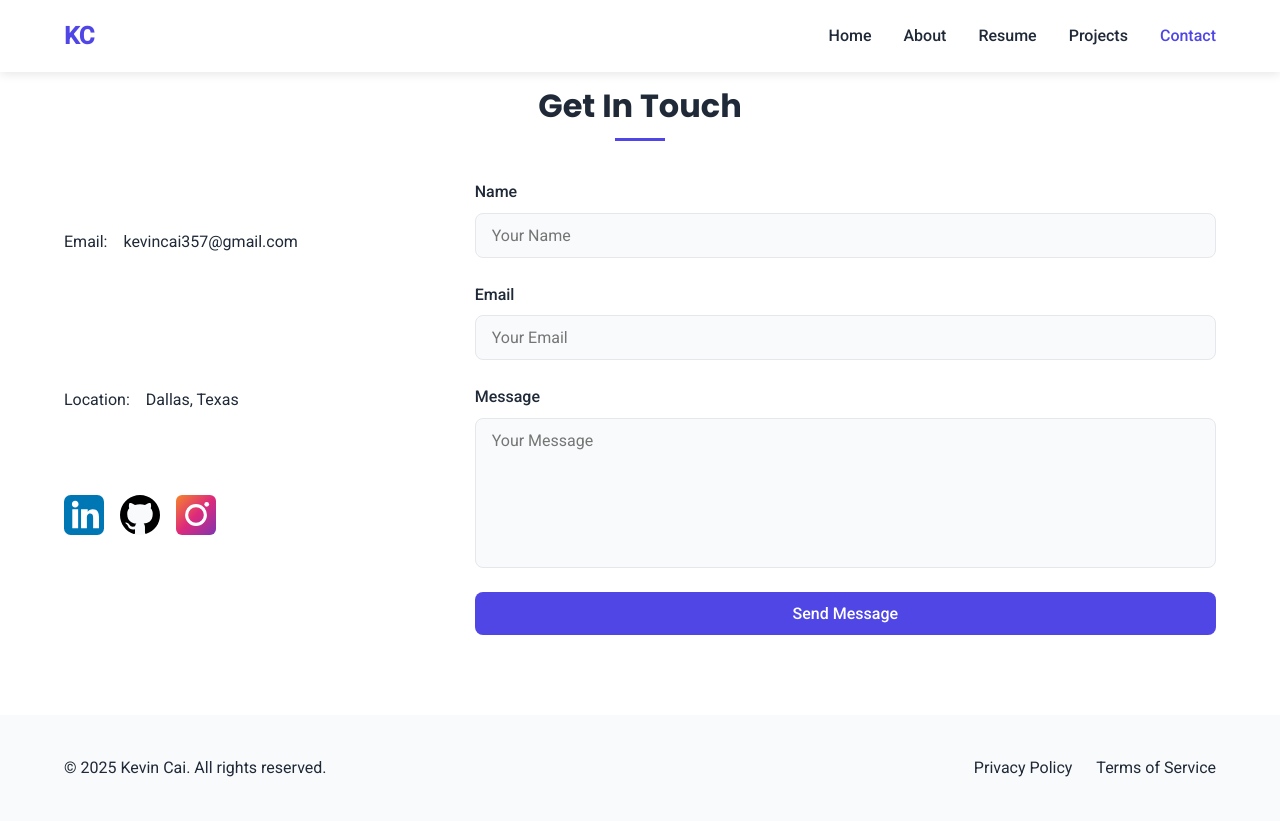
Repository: itskevbo/E-Portfolio
Page: pages/contact.html
An editor plug-in stored every save of this project. The page is shown before and after the next save, followed by the edit.
The browser window is 1280 px wide. The pictures show the whole page.

Above is the page before, as saved 2025-04-22 22:48:52.

### pages/contact.html
<!DOCTYPE html>
<html lang="en">
<head>
    <meta charset="UTF-8">
    <meta name="viewport" content="width=device-width, initial-scale=1.0">
    <title>Kevin Cai | Contact</title>
    <meta name="description" content="Get in touch with Kevin Cai">

    <!-- Favicon -->
    <link rel="icon" href="../assets/images/favicon.ico">

    <!-- CSS -->
    <link rel="stylesheet" href="../styles/main.css">

    <!-- Google Fonts -->
    <link rel="preconnect" href="https://fonts.googleapis.com">
    <link rel="preconnect" href="https://fonts.gstatic.com" crossorigin>
    <link href="https://fonts.googleapis.com/css2?family=Poppins:wght@300;400;500;700&family=Roboto:wght@400;500&display=swap" rel="stylesheet">
</head>
<body>
    <!-- Header Component -->
    <header class="header" id="header">
        <div class="container">
            <div class="header__logo">
                <a href="../index.html" class="logo">KC</a>
            </div>

            <nav class="header__nav" id="nav-menu">
                <ul class="header__nav-list">
                    <li class="header__nav-item"><a href="../index.html" class="header__nav-link">Home</a></li>
                    <li class="header__nav-item"><a href="about.html" class="header__nav-link">About</a></li>
                    <li class="header__nav-item"><a href="resume.html" class="header__nav-link">Resume</a></li>
                    <li class="header__nav-item"><a href="projects.html" class="header__nav-link">Projects</a></li>
                    <li class="header__nav-item"><a href="contact.html" class="header__nav-link active">Contact</a></li>
                </ul>

                <div class="header__nav-toggle" id="nav-toggle">
                    <span></span>
                    <span></span>
                    <span></span>
                </div>
            </nav>
        </div>
    </header>

    <main>
        <!-- Contact Section Component -->
        <section class="contact section" id="contact">
            <div class="container">
                <h2 class="section__title">Get In Touch</h2>
                <div class="contact__content">
                    <div class="contact__info">
                        <div class="contact__info-item">
                            <span class="icon">Email:</span>
                            <a href="mailto:kevincai357@gmail.com">kevincai357@gmail.com</a>
                        </div>
                        <div class="contact__info-item">
                            <span class="icon">Location:</span>
                            <span>Dallas, Texas</span>
                        </div>
                        <div class="contact__social">
                            <a href="https://www.linkedin.com/in/kevincai357/" class="contact__social-link" target="_blank">
                                <img src="../assets/icons/linkedin.svg" alt="LinkedIn" class="contact__social-icon">
                            </a>
                            <a href="https://github.com/itskevbo" class="contact__social-link" target="_blank">
                                <img src="../assets/icons/github.svg" alt="GitHub" class="contact__social-icon">
                            </a>
                            <a href="#" class="contact__social-link" target="_blank">
                                <img src="../assets/icons/instagram.svg" alt="Instagram" class="contact__social-icon">
                            </a>
                        </div>
                    </div>
                    <form class="contact__form" id="contact-form">
                        <div class="form-group">
                            <label for="name">Name</label>
                            <input type="text" id="name" name="name" placeholder="Your Name" required>
                        </div>
                        <div class="form-group">
                            <label for="email">Email</label>
                            <input type="email" id="email" name="email" placeholder="Your Email" required>
                        </div>
                        <div class="form-group">
                            <label for="message">Message</label>
                            <textarea id="message" name="message" placeholder="Your Message" required></textarea>
                        </div>
                        <button type="submit" class="btn btn-primary">Send Message</button>
                    </form>
                </div>
            </div>
        </section>
    </main>

    <!-- Footer Component -->
    <footer class="footer">
        <div class="container">
            <div class="footer__content">
                <p>&copy; 2025 Kevin Cai. All rights reserved.</p>
                <div class="footer__links">
                    <a href="#" class="footer__link">Privacy Policy</a>
                    <a href="#" class="footer__link">Terms of Service</a>
                </div>
            </div>
        </div>
    </footer>

    <!-- JS -->
    <script src="../scripts/main.js"></script>
</body>
</html>

### styles/main.css
/*=============== VARIABLES ===============*/
:root {
    /* Colors */
    --primary-color: #4f46e5;
    --primary-color-alt: #2f24a5;
    --secondary-color: #3b82f6;
    --accent-color: #8b5cf6;
    --text-color: #1f2937;
    --text-color-light: #6b7280;
    --body-color: #ffffff;
    --container-color: #f9fafb;
    --border-color: #e5e7eb;
    --success-color: #10b981;
    --error-color: #ef4444;

    /* Typography */
    --body-font: 'Roboto', sans-serif;
    --heading-font: 'Poppins', sans-serif;
    --h1-font-size: 2.5rem;
    --h2-font-size: 2rem;
    --h3-font-size: 1.5rem;
    --normal-font-size: 1rem;
    --small-font-size: 0.875rem;
    --smaller-font-size: 0.75rem;

    /* Font weights */
    --font-light: 300;
    --font-regular: 400;
    --font-medium: 500;
    --font-bold: 700;

    /* Z-index */
    --z-tooltip: 10;
    --z-fixed: 100;

    /* Transitions */
    --transition: all 0.3s ease;
}

/*=============== BASE ===============*/
* {
    margin: 0;
    padding: 0;
    box-sizing: border-box;
}

html {
    scroll-behavior: smooth;
}

body {
    font-family: var(--body-font);
    font-size: var(--normal-font-size);
    color: var(--text-color);
    background-color: var(--body-color);
    line-height: 1.6;
}

h1, h2, h3 {
    font-family: var(--heading-font);
    font-weight: var(--font-bold);
    color: var(--text-color);
}

ul {
    list-style: none;
}

a {
    text-decoration: none;
    color: var(--text-color);
    transition: var(--transition);
}

a:hover {
    color: var(--primary-color);
}

img {
    max-width: 100%;
    height: auto;
}

button,
input,
textarea {
    font-family: var(--body-font);
    font-size: var(--normal-font-size);
    outline: none;
    border: none;
}

button {
    cursor: pointer;
    background: none;
}

/*=============== REUSABLE CLASSES ===============*/
.container {
    max-width: 1200px;
    margin: 0 auto;
    padding: 0 1.5rem;
}

.section {
    padding: 5rem 0;
}

.section__title {
    font-size: var(--h2-font-size);
    text-align: center;
    margin-bottom: 3rem;
    position: relative;
}

.section__title::after {
    content: '';
    position: absolute;
    width: 50px;
    height: 3px;
    background-color: var(--primary-color);
    bottom: -10px;
    left: 50%;
    transform: translateX(-50%);
}

.highlight {
    color: var(--primary-color);
}

.grid {
    display: grid;
    gap: 1.5rem;
}

/*=============== BUTTONS ===============*/
.btn {
    display: inline-flex;
    align-items: center;
    justify-content: center;
    padding: 0.75rem 1.5rem;
    border-radius: 0.5rem;
    font-weight: var(--font-medium);
    transition: var(--transition);
}

.btn-primary {
    background-color: var(--primary-color);
    color: white;
}

.btn-primary:hover {
    background-color: var(--primary-color-alt);
    color: white;
}

.btn-outline {
    border: 2px solid var(--primary-color);
    color: var(--primary-color);
}

.btn-outline:hover {
    background-color: var(--primary-color);
    color: white;
}

/*=============== HEADER & NAV ===============*/
.header {
    position: fixed;
    top: 0;
    left: 0;
    width: 100%;
    background-color: var(--body-color);
    box-shadow: 0 2px 10px rgba(0, 0, 0, 0.1);
    z-index: var(--z-fixed);
}

.header .container {
    display: flex;
    align-items: center;
    justify-content: space-between;
    height: 4.5rem;
}

.header__logo .logo {
    font-size: 1.5rem;
    font-weight: var(--font-bold);
    color: var(--primary-color);
}

.header__nav {
    display: flex;
    align-items: center;
}

.header__nav-list {
    display: flex;
    gap: 2rem;
}

.header__nav-link {
    font-weight: var(--font-medium);
}

.header__nav-link.active {
    color: var(--primary-color);
}

.header__nav-toggle {
    display: none;
    flex-direction: column;
    gap: 5px;
    cursor: pointer;
}

.header__nav-toggle span {
    width: 25px;
    height: 2px;
    background-color: var(--text-color);
    transition: var(--transition);
}

/*=============== HERO ===============*/
.hero {
    min-height: 100vh;
    display: flex;
    align-items: center;
    padding-top: 4.5rem;
}

.hero .container {
    display: grid;
    grid-template-columns: 1fr 1fr;
    align-items: center;
    gap: 2.5rem;
}

.hero__title {
    font-size: var(--h1-font-size);
    margin-bottom: 1rem;
}

.hero__subtitle {
    font-size: var(--h3-font-size);
    color: var(--primary-color);
    margin-bottom: 1.5rem;
}

.hero__description {
    margin-bottom: 2rem;
    max-width: 400px;
}

.hero__actions {
    display: flex;
    gap: 1rem;
}

.hero__image-placeholder {
    background-color: var(--border-color);
    border-radius: 1rem;
    height: 400px;
    width: 100%;
}

/*=============== ABOUT ===============*/
.about__content {
    display: grid;
    grid-template-columns: 1fr 1fr;
    gap: 2.5rem;
    align-items: center;
}

.about__text p {
    margin-bottom: 1.5rem;
}

.about__image-placeholder {
    background-color: var(--border-color);
    border-radius: 1rem;
    height: 400px;
    width: 100%;
}

/*=============== PROJECTS ===============*/
.projects__filter {
    display: flex;
    justify-content: center;
    flex-wrap: wrap;
    gap: 1rem;
    margin-bottom: 2rem;
}

.projects__filter-btn {
    padding: 0.5rem 1.5rem;
    border-radius: 0.5rem;
    color: var(--text-color);
    font-weight: var(--font-medium);
    transition: var(--transition);
}

.projects__filter-btn:hover,
.projects__filter-btn.active {
    background-color: var(--primary-color);
    color: white;
}

.projects__grid {
    display: grid;
    grid-template-columns: repeat(auto-fill, minmax(280px, 1fr));
    gap: 2rem;
}

.project-card {
    background-color: var(--container-color);
    border-radius: 1rem;
    overflow: hidden;
    box-shadow: 0 4px 15px rgba(0, 0, 0, 0.1);
    transition: var(--transition);
}

.project-card:hover {
    transform: translateY(-10px);
    box-shadow: 0 10px 25px rgba(0, 0, 0, 0.2);
}

.project-card__image-placeholder {
    background-color: var(--border-color);
    height: 200px;
    width: 100%;
}

.project-card__content {
    padding: 1.5rem;
}

.project-card__title {
    margin-bottom: 0.75rem;
}

.project-card__description {
    color: var(--text-color-light);
    margin-bottom: 1rem;
}

.project-card__tags {
    display: flex;
    flex-wrap: wrap;
    gap: 0.5rem;
    margin-bottom: 1rem;
}

.tag {
    background-color: rgba(79, 70, 229, 0.1);
    color: var(--primary-color);
    padding: 0.25rem 0.75rem;
    border-radius: 0.5rem;
    font-size: var(--small-font-size);
}

.project-card__links {
    display: flex;
    gap: 1rem;
}

.project-card__link {
    color: var(--text-color-light);
}

.project-card__link:hover {
    color: var(--primary-color);
}

/*=============== SKILLS ===============*/
.skills__content {
    display: grid;
    grid-template-columns: repeat(auto-fit, minmax(300px, 1fr));
    gap: 2rem;
}

.skills__category-title {
    margin-bottom: 1.5rem;
    position: relative;
    display: inline-block;
    padding-left: 1rem;
}

.skills__category-title::before {
    content: '';
    position: absolute;
    width: 3px;
    height: 100%;
    background-color: var(--primary-color);
    left: 0;
    top: 0;
}

.skills__list {
    display: grid;
    gap: 1rem;
}

.skill-item {
    display: grid;
    gap: 0.5rem;
}

.skill-item__name {
    display: flex;
    justify-content: space-between;
}

.skill-item__bar {
    width: 100%;
    height: 8px;
    background-color: var(--border-color);
    border-radius: 1rem;
    overflow: hidden;
}

.skill-item__progress {
    height: 100%;
    background-color: var(--primary-color);
    border-radius: 1rem;
}

/*=============== CONTACT ===============*/
.contact__content {
    display: grid;
    grid-template-columns: 1fr 2fr;
    gap: 2.5rem;
}

.contact__info {
    display: grid;
    gap: 2rem;
}

.contact__info-item {
    display: flex;
    align-items: center;
    gap: 1rem;
}

.contact__social {
    display: flex;
    gap: 1rem;
}

.contact__social-link {
    display: flex;
    align-items: center;
    justify-content: center;
    width: 40px;
    height: 40px;
    border-radius: 50%;
    background-color: var(--container-color);
    color: var(--text-color);
    transition: var(--transition);
}

.contact__social-link:hover {
    background-color: var(--primary-color);
    color: white;
}

.contact__form {
    display: grid;
    gap: 1.5rem;
}

.form-group {
    display: grid;
    gap: 0.5rem;
}

.form-group label {
    font-weight: var(--font-medium);
}

.form-group input,
.form-group textarea {
    width: 100%;
    padding: 0.75rem 1rem;
    border: 1px solid var(--border-color);
    border-radius: 0.5rem;
    background-color: var(--container-color);
    transition: var(--transition);
}

.form-group input:focus,
.form-group textarea:focus {
    border-color: var(--primary-color);
}

.form-group textarea {
    height: 150px;
    resize: none;
}

/*=============== FOOTER ===============*/
.footer {
    background-color: var(--container-color);
    padding: 2.5rem 0;
}

.footer__content {
    display: flex;
    justify-content: space-between;
    align-items: center;
}

.footer__links {
    display: flex;
    gap: 1.5rem;
}

/*=============== MEDIA QUERIES ===============*/
/* For medium devices */
@media screen and (max-width: 968px) {
    :root {
        --h1-font-size: 2.25rem;
        --h2-font-size: 1.75rem;
        --h3-font-size: 1.25rem;
    }

    .hero .container,
    .about__content {
        grid-template-columns: 1fr;
    }

    .hero__image {
        grid-row: 1;
    }

    .contact__content {
        grid-template-columns: 1fr;
    }
}

/* For small devices */
@media screen and (max-width: 768px) {
    .header__nav-list {
        position: fixed;
        top: 4.5rem;
        right: -100%;
        background-color: var(--body-color);
        width: 80%;
        height: 100vh;
        flex-direction: column;
        align-items: center;
        justify-content: center;
        padding: 3rem 0;
        box-shadow: -5px 0 15px rgba(0, 0, 0, 0.1);
        transition: var(--transition);
    }

    .header__nav-list.show-menu {
        right: 0;
    }

    .header__nav-toggle {
        display: flex;
    }

    .header__nav-toggle.active span:nth-child(1) {
        transform: rotate(45deg) translate(5px, 5px);
    }

    .header__nav-toggle.active span:nth-child(2) {
        opacity: 0;
    }

    .header__nav-toggle.active span:nth-child(3) {
        transform: rotate(-45deg) translate(5px, -5px);
    }

    .footer__content {
        flex-direction: column;
        gap: 1rem;
    }
}

/* For smaller devices */
@media screen and (max-width: 350px) {
    :root {
        --h1-font-size: 2rem;
        --h2-font-size: 1.5rem;
        --h3-font-size: 1.25rem;
    }

    .container {
        padding: 0 1rem;
    }

    .hero__actions {
        flex-direction: column;
        width: 100%;
    }

    .hero__actions .btn {
        width: 100%;
        text-align: center;
    }

    .projects__filter {
        flex-direction: column;
        width: 100%;
    }
}

Loaded but not shown: assets/icons/github.svg (3 lines, source omitted); assets/icons/instagram.svg (10 lines, source omitted); assets/icons/linkedin.svg (4 lines, source omitted); scripts/main.js (180 lines, source omitted)

After the next save:
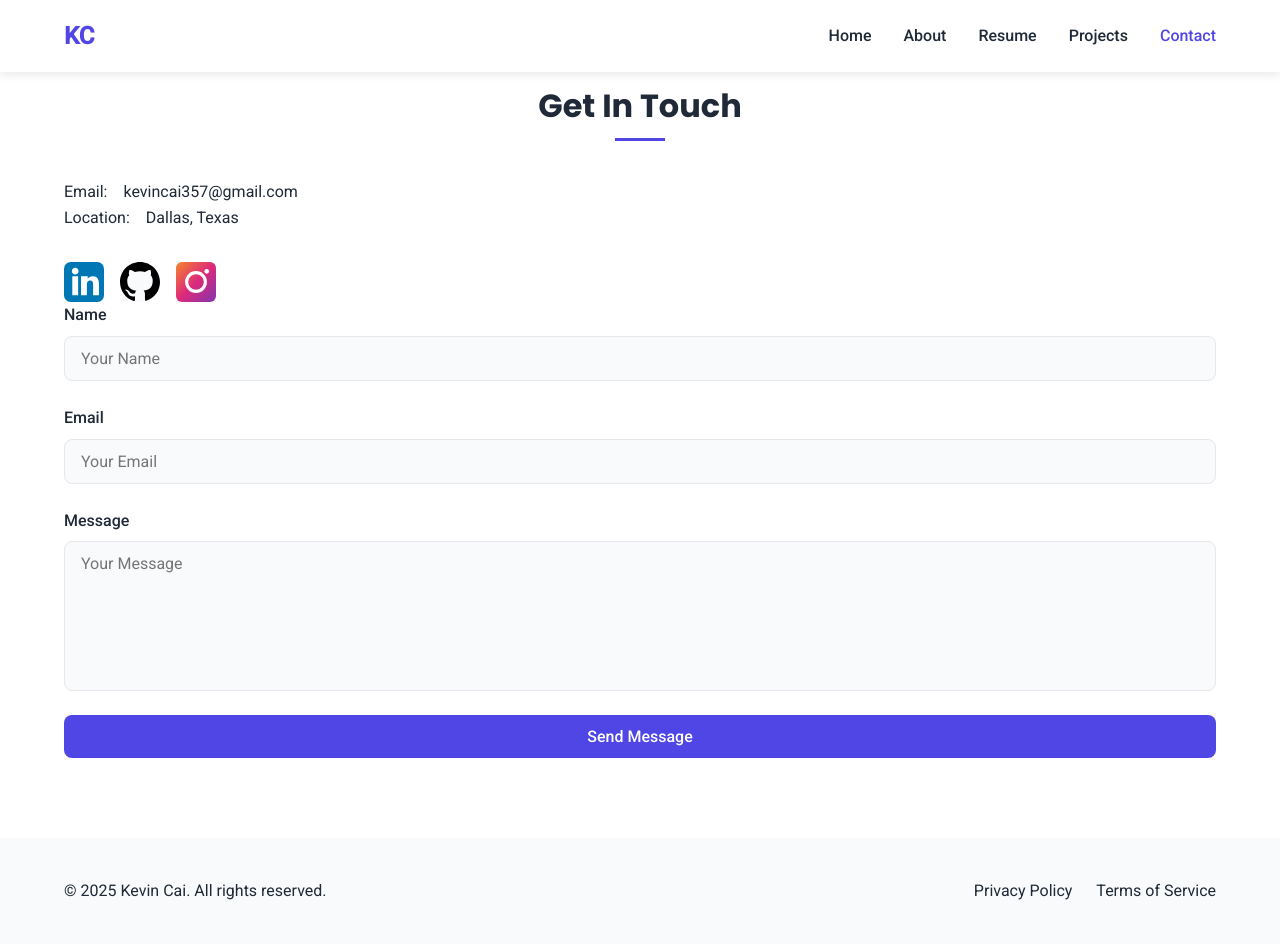
Saved 4 min 1 s later.
--- a/pages/contact.html
+++ b/pages/contact.html
@@ -50,13 +50,15 @@
                 <h2 class="section__title">Get In Touch</h2>
                 <div class="contact__content">
                     <div class="contact__info">
-                        <div class="contact__info-item">
-                            <span class="icon">Email:</span>
-                            <a href="mailto:kevincai357@gmail.com">kevincai357@gmail.com</a>
-                        </div>
-                        <div class="contact__info-item">
-                            <span class="icon">Location:</span>
-                            <span>Dallas, Texas</span>
+                        <div class="contact__info-top">
+                            <div class="contact__info-item">
+                                <span class="icon">Email:</span>
+                                <a href="mailto:kevincai357@gmail.com">kevincai357@gmail.com</a>
+                            </div>
+                            <div class="contact__info-item">
+                                <span class="icon">Location:</span>
+                                <span>Dallas, Texas</span>
+                            </div>
                         </div>
                         <div class="contact__social">
                             <a href="https://www.linkedin.com/in/kevincai357/" class="contact__social-link" target="_blank">
@@ -69,6 +71,7 @@
                                 <img src="../assets/icons/instagram.svg" alt="Instagram" class="contact__social-icon">
                             </a>
                         </div>
+                    </div>
                     </div>
                     <form class="contact__form" id="contact-form">
                         <div class="form-group">

After the 3 saves that followed:
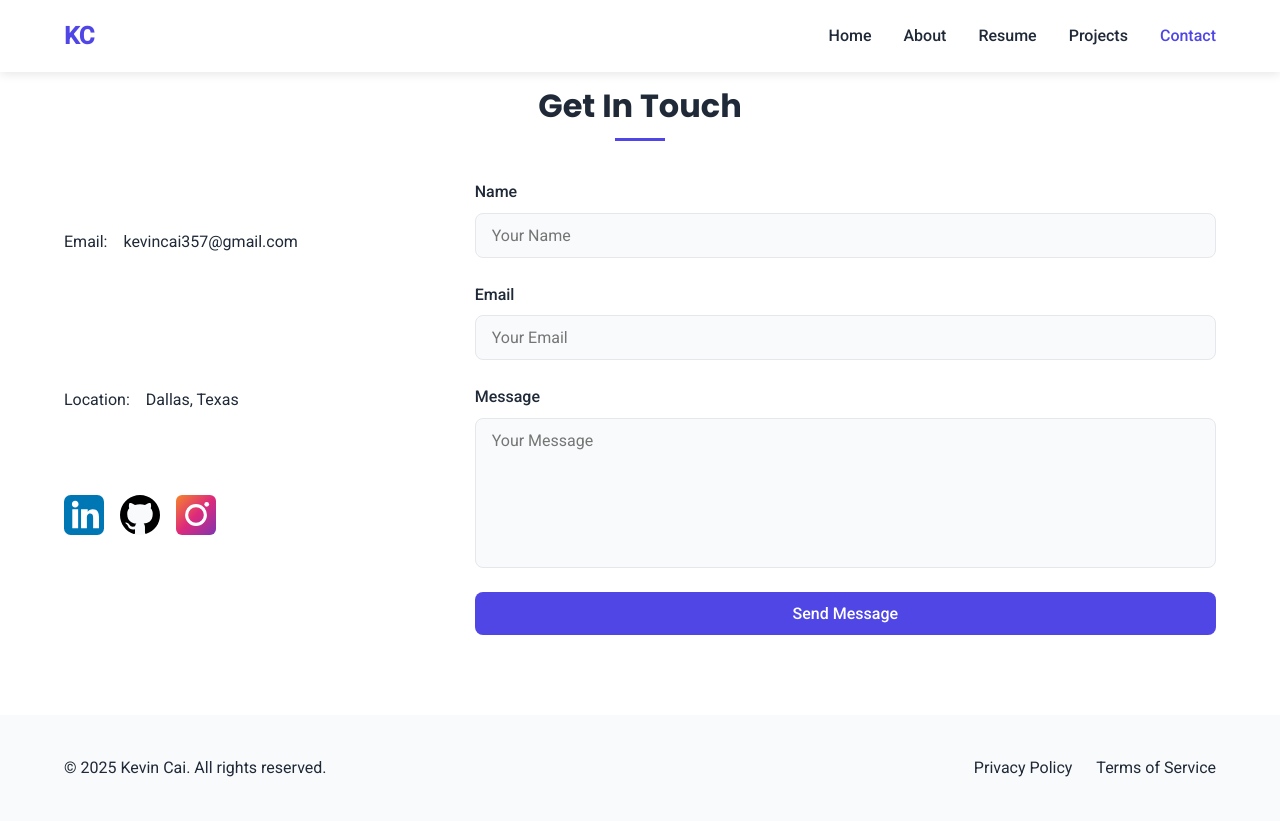
The 3 saves are shown as one change because 1 left the picture as it was and some came seconds apart.
The last was saved 19 s later.
--- a/pages/contact.html
+++ b/pages/contact.html
@@ -50,15 +50,13 @@
                 <h2 class="section__title">Get In Touch</h2>
                 <div class="contact__content">
                     <div class="contact__info">
-                        <div class="contact__info-top">
-                            <div class="contact__info-item">
-                                <span class="icon">Email:</span>
-                                <a href="mailto:kevincai357@gmail.com">kevincai357@gmail.com</a>
-                            </div>
-                            <div class="contact__info-item">
-                                <span class="icon">Location:</span>
-                                <span>Dallas, Texas</span>
-                            </div>
+                        <div class="contact__info-item">
+                            <span class="icon">Email:</span>
+                            <a href="mailto:kevincai357@gmail.com">kevincai357@gmail.com</a>
+                        </div>
+                        <div class="contact__info-item">
+                            <span class="icon">Location:</span>
+                            <span>Dallas, Texas</span>
                         </div>
                         <div class="contact__social">
                             <a href="https://www.linkedin.com/in/kevincai357/" class="contact__social-link" target="_blank">
@@ -71,7 +69,6 @@
                                 <img src="../assets/icons/instagram.svg" alt="Instagram" class="contact__social-icon">
                             </a>
                         </div>
-                    </div>
                     </div>
                     <form class="contact__form" id="contact-form">
                         <div class="form-group">
